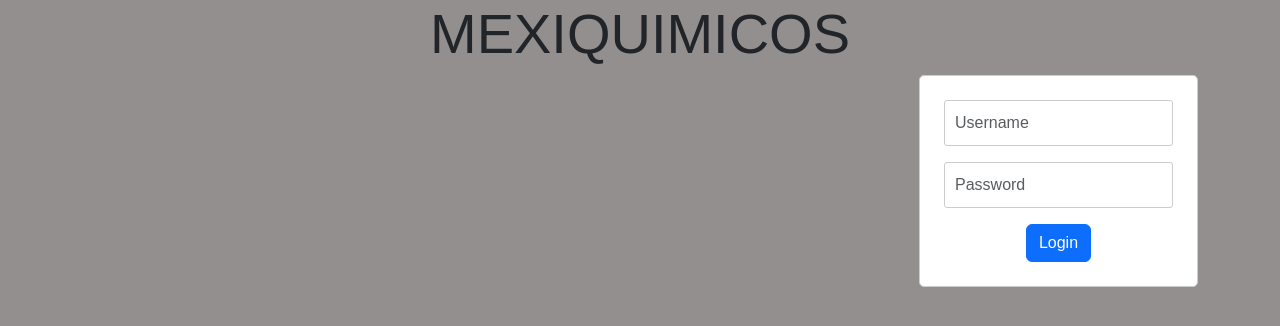
Repository: iDiv3r/MexiQuimicosIsay
Page: Index.html
These files come from the project's save history. The page is drawn as it stood at one moment and after the next save; the edit follows.
The browser window is 1280 px wide. The pictures show the whole page.

Above is the page before, as saved 2023-11-25 00:01:46.

### Index.html
<!DOCTYPE html>
<html lang="es">
<head>
  <meta charset="UTF-8">
  <title>MEXIQUIMICO</title>
  <link rel="stylesheet" href="https://cdn.jsdelivr.net/npm/bootstrap@5.3.0/dist/css/bootstrap.min.css">
  <style>
    body {
      background-color: #6f6a6abe;
      font-family: Arial, sans-serif;
    }

    h1 {
      text-align: center;
      color: #a98c8c;
    }

    form {
      max-width: 300px;
      margin: 0 auto;
      padding: 20px;
      background-color: #fff;
      border: 1px solid #ccc;
      border-radius: 5px;
    }

    input[type="text"],
    input[type="password"] {
      width: 100%;
      padding: 10px;
      margin-bottom: 10px;
      border: 1px solid #ccc;
      border-radius: 3px;
    }

    input[type="submit"] {
      width: 100%;
      padding: 10px;
      background-color: #333;
      color: #fff;
      border: none;
      border-radius: 3px;
      cursor: pointer;
    }

    input[type="submit"]:hover {
      background-color: #555;
    }
  </style> <!-- Aquí se corrigió el cierre del bloque de estilos -->
</head>
<body>
  <h1 class="display-4 text-align-absolute text-dark">MEXIQUIMICOS</h1>

  <div class="container text-center ">
    <div class="row justify-content-md-center">
      <div class="col-md-auto container-xxl" ></div>
      <div class="col-md-auto"></div>
      <div class="col-md-auto">
  <form class="p-4">
    <div class="mb-3">
      <input type="text" class="form-control" placeholder="Username" required>
    </div>
    <div class="mb-3">
      <input type="password" class="form-control" placeholder="Password" required>
    </div>
    <button type="submit" class="btn btn-primary">Login</button>
  </form></div></div>
</div>
</body>
</html>

After the next save:
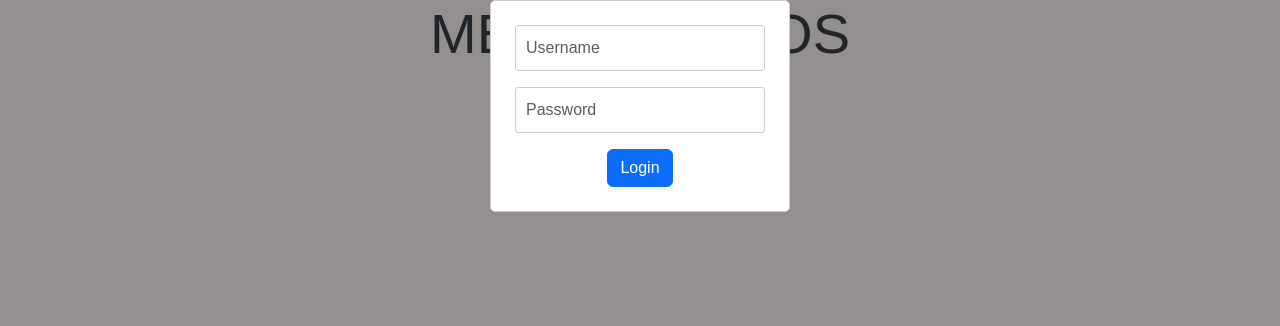
Saved 88 s later.
--- a/Index.html
+++ b/Index.html
@@ -53,9 +53,7 @@
 
   <div class="container text-center ">
     <div class="row justify-content-md-center">
-      <div class="col-md-auto container-xxl" ></div>
-      <div class="col-md-auto"></div>
-      <div class="col-md-auto">
+      <div class="col-md-auto fixed-top">
   <form class="p-4">
     <div class="mb-3">
       <input type="text" class="form-control" placeholder="Username" required>
